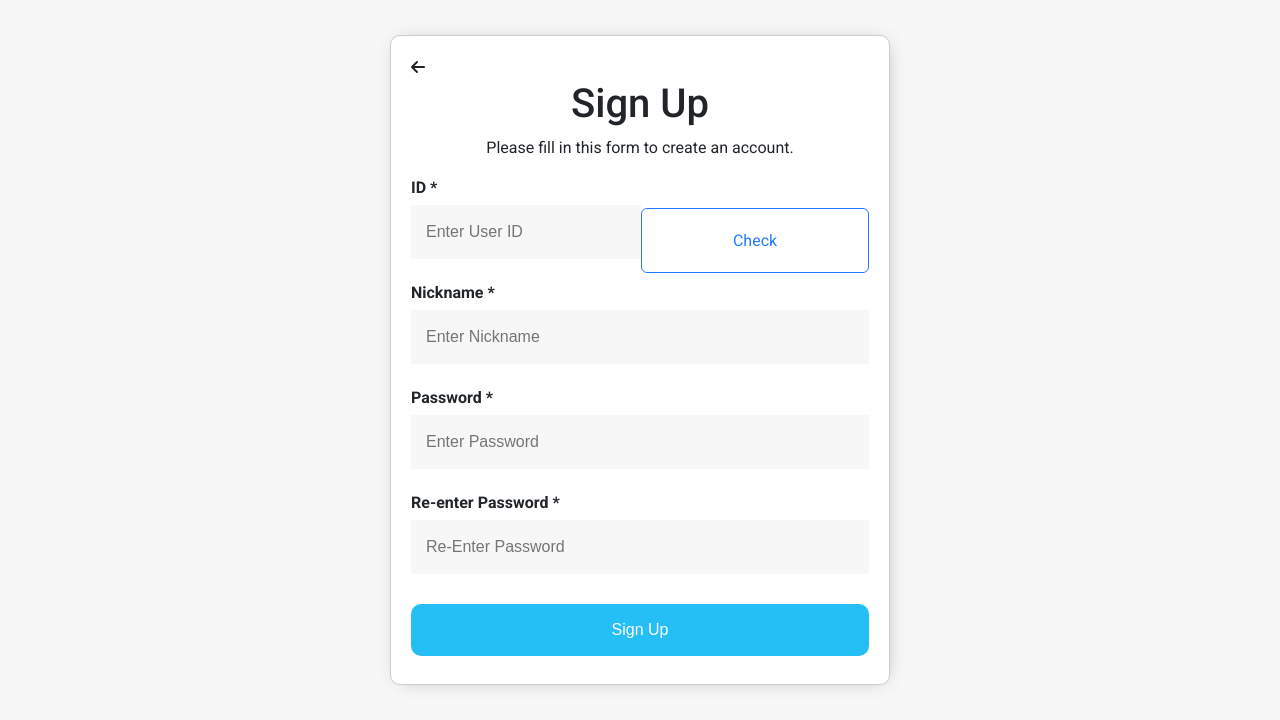
Repository: Jae-yi/JSPMybatis
Page: http://localhost/JspMybatisSub/WEB-INF/views/page/register.jsp
These files come from the project's save history. The page is drawn as it stood at one moment and after the next save; the edit follows.
The browser window is 1280 px wide. The pictures show the whole page.
Some web fonts or font styles are not loaded; a fallback is used. Some web libraries are served in a nearby version. The page is served by Tomcat 9. Nobody is signed in. The template is opened directly, without the code that normally fills it, so the values that code supplies are empty.

Above is the page before, as saved 2023-01-31 07:52:38.

After the next save:
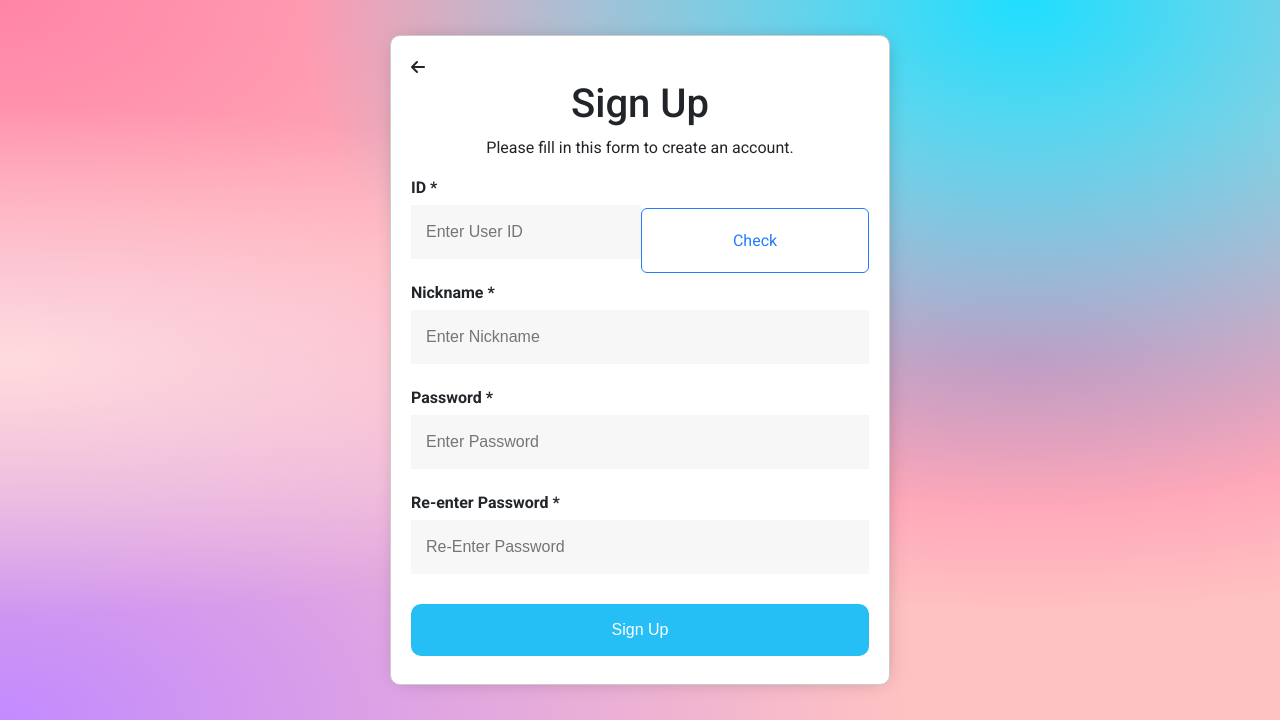
Saved 28 min 56 s later.
--- a/JspMybatisSub/src/main/webapp/resources/css/register.css
+++ b/JspMybatisSub/src/main/webapp/resources/css/register.css
@@ -6,6 +6,21 @@ body {
 	background-color:#f7f7f7;
 }
 * {box-sizing: border-box}
+
+body {
+  background-color: #fff9f9;
+  min-height: 700px;
+  minwidth: 700px;
+  height: 100vh;
+  width: 100vw;
+  background-color:hsla(0,100%,88%,1);
+  background-image:
+radial-gradient(at 80% 0%, hsla(189,100%,56%,1) 0px, transparent 50%),
+radial-gradient(at 0% 50%, hsla(355,100%,93%,1) 0px, transparent 50%),
+radial-gradient(at 80% 50%, hsla(340,100%,76%,1) 0px, transparent 50%),
+radial-gradient(at 0% 100%, hsla(269,100%,77%,1) 0px, transparent 50%),
+radial-gradient(at 0% 0%, hsla(343,100%,76%,1) 0px, transparent 50%);
+}
 
 /* Add padding to container elements */
 .container {
